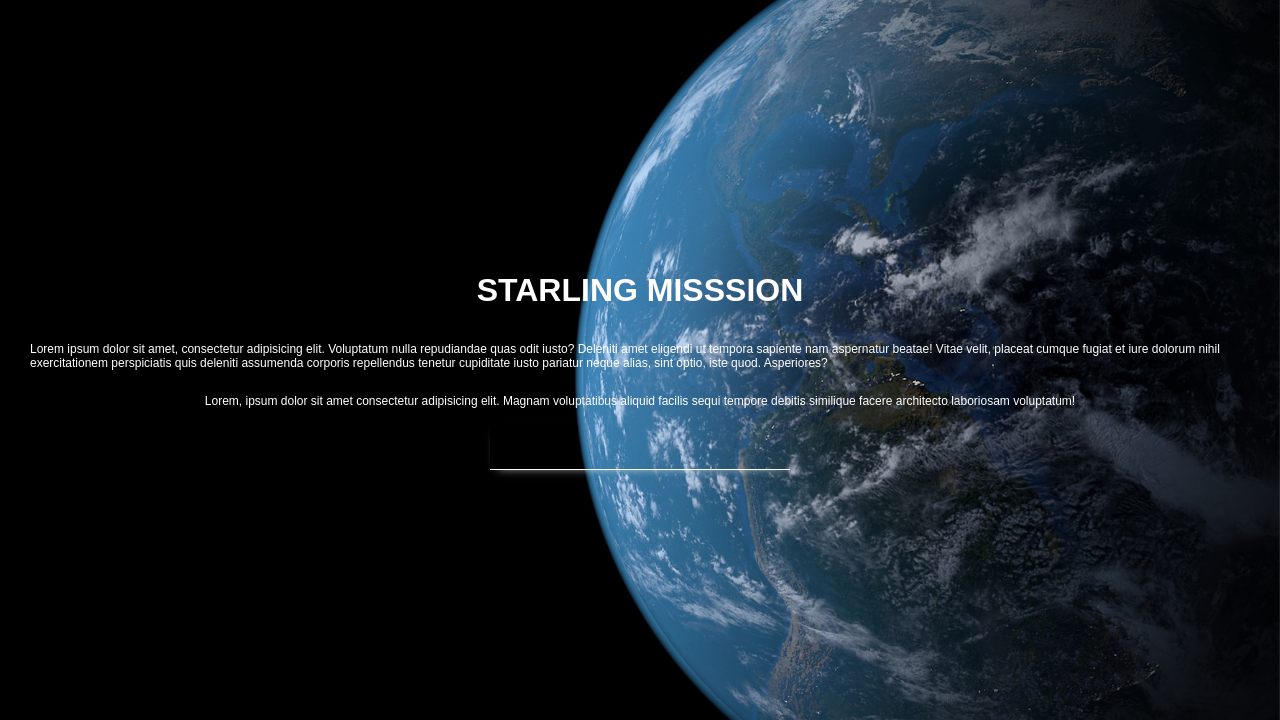
Repository: PJasiczek/vue-shop
Page: /#/about
The author's editor kept a copy of each file at every save. The page is drawn from the files as they stood at one save, then again after the next save.
The browser window is 1280 px wide. The pictures show the whole page.
The first visible `input` has the focus.
Some web fonts or font styles are not loaded; a fallback is used. The project was rebuilt for these pictures with package versions that can differ from the ones it lists, and the page was loaded fresh each time.

Above is the page before, as saved 2020-04-06 17:08:57.

### src/App.vue
<template>
  <div class="wrapper">
    <BackgroundImage/>
    <Claim/>
    <SearchInput/>
  </div>
</template>

<script>

import debounce from 'lodash/debounce';

import Claim from '@/components/Claim.vue';

import SearchInput from '@/components/SearchInput.vue';

import BackgroundImage from '@/components/BackgroundImage.vue';

const axios = require('axios');

const API = 'https://api.spacexdata.com/v3/launches?rocket_name=';

export default {
  name: 'Search',
  components: {
    Claim, SearchInput, BackgroundImage,
  },
  data() {
    return {
      searchValue: '',
      results: [],
    };
  },
  methods: {
    // eslint-disable-next-line
    handleInput: debounce(function() {
      axios.get(`${API}${this.searchValue}`)
        .then((response) => {
          this.results = response.data;
          console.log(response.data);
        }).catch((error) => {
          console.log(error);
        });
    }, 500),
  },
};
</script>

<style lang="scss">
  @import url('https://fonts.googleapis.com/css2?family=Baloo+Thambi+2:wght@400;500;600;700;800&display=swap');
  *{
    box-sizing: border-box;
  }

  body{
    margin: 0;
    padding: 0;
    font-family: 'Baloo Thambi 2', sans-serif;
  }
  .wrapper{
    display: flex;
    width: 100%;
    min-height: 100vh;
    flex-direction: column;
    justify-content: center;
    align-items: center;
    margin: 0;
    padding: 30px;
  }

</style>

### src/components/Claim.vue
<template>
  <div class="claimWrapper">
      <h1 class="claim">STARLING MISSSION</h1>
      <p class="subclaim">Lorem ipsum dolor sit amet, consectetur adipisicing elit. Voluptatum nulla repudiandae quas odit iusto? Deleniti amet eligendi ut tempora sapiente nam aspernatur beatae! Vitae velit, placeat cumque fugiat et iure dolorum nihil exercitationem perspiciatis quis deleniti assumenda corporis repellendus tenetur cupiditate iusto pariatur neque alias, sint optio, iste quod. Asperiores?</p>
      <p class="subclaim">Lorem, ipsum dolor sit amet consectetur adipisicing elit. Magnam voluptatibus aliquid facilis sequi tempore debitis similique facere architecto laboriosam voluptatum!</p>
  </div>
</template>

<script>
/* eslint-disable eol-last */
export default {
  name: 'Claim',
};
</script>
<style lang="scss" scoped>
.claimWrapper{
    display: flex;
    flex-direction: column;
    justify-content: center;
    align-items: center;
    color: #ffffff;

    .h1{

    }

    .subclaim{
        font-size: 12px;
    }
}

</style>

### src/components/SearchInput.vue
<template>
    <div class="searchWrapper">
      <input id="search" name="search" v-model="searchValue" @input="handleInput"/>
    </div>
</template>

<script>
/* eslint-disable eol-last */
export default {
  name: 'SearchInput',
};
</script>

<style lang="scss" scoped>
.searchWrapper{
  display: flex;
  flex-direction: column;
  align-items: center;

  input{
    height: 50px;
    width: 250px;
    border: 0;
    text-align: center;
    border-bottom: 1px solid #ffffff;
    background: none;
    transition: box-shadow .5s, width 0.25s ease-in-out;
    color: #ffffff;
  }

  input:focus{
      outline: none;
      box-shadow: 0px 5px 10px -8px #ffffff;
      width: 300px;
  }
}
</style>

### src/components/BackgroundImage.vue
<template>
  <div class="backgroudImage"/>
</template>

<script>
/* eslint-disable eol-last */
export default {
  name: 'BackgroudImage',
};
</script>
<style lang="scss" scoped>
.backgroudImage{
    position: fixed;
    top: 0;
    z-index: -1;
    width: 100%;
    height: 100vh;
    background: url('../assets/4.jpg');
    background-repeat: no-repeat;
    background-size: cover;
}

</style>

Loaded but not shown: public/index.html (common file); src/main.js (common file)

After the next save:
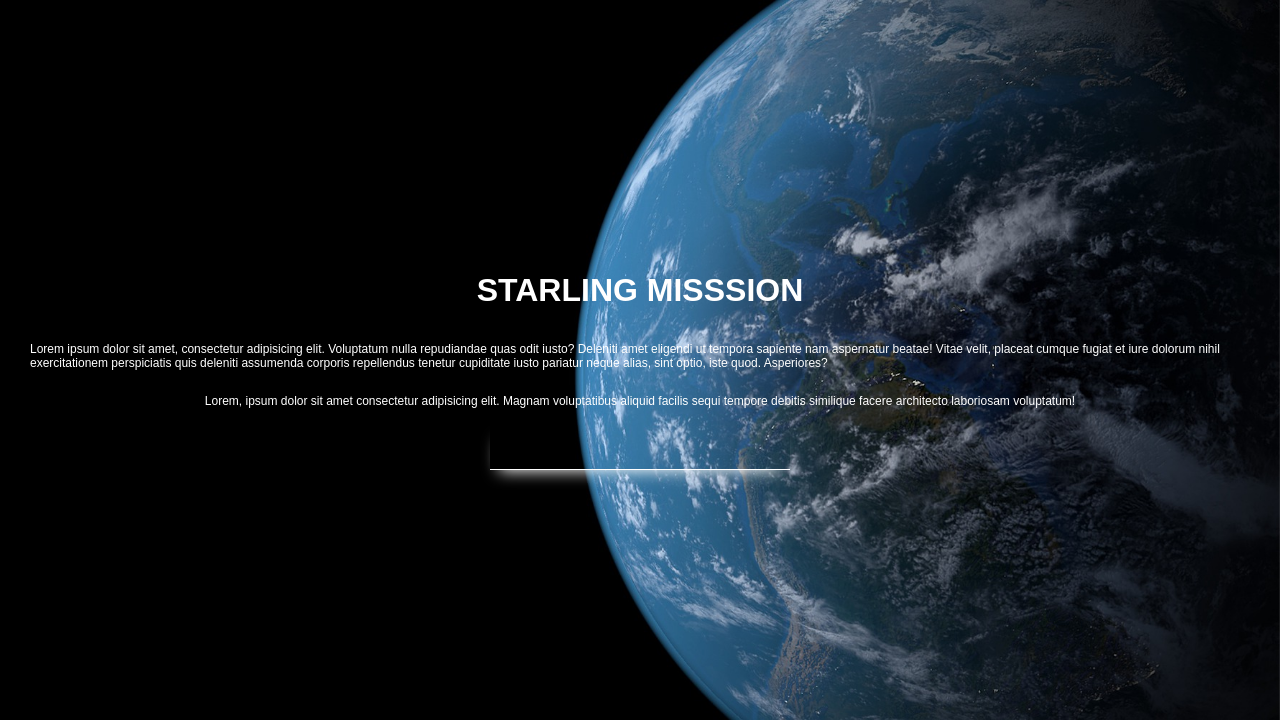
Saved 104 s later.
--- a/src/components/SearchInput.vue
+++ b/src/components/SearchInput.vue
@@ -30,7 +30,7 @@
 
   input:focus{
       outline: none;
-      box-shadow: 0px 5px 10px -8px #ffffff;
+      box-shadow: -1px 11px 16px -10px #ffffff;
       width: 300px;
   }
 }
